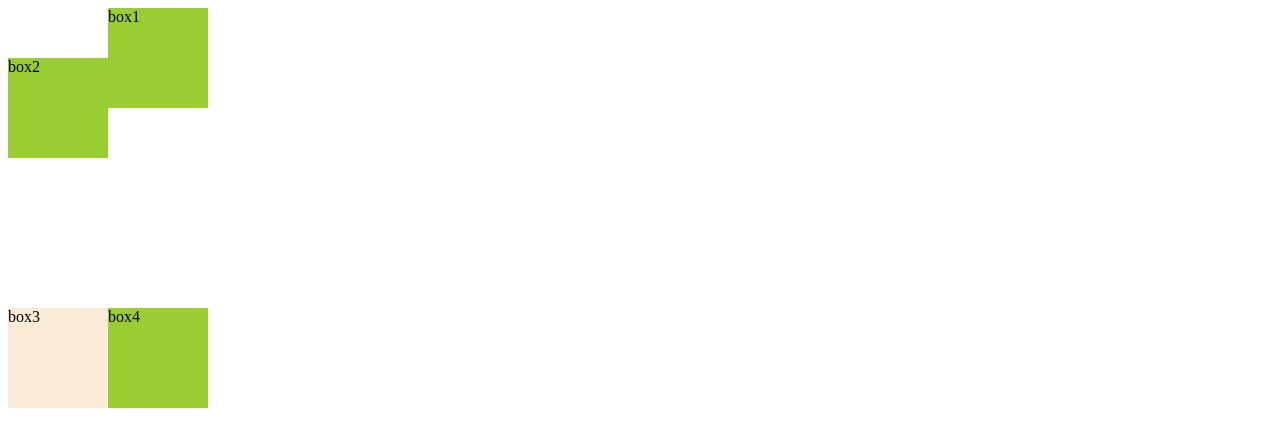
Repository: northpx/animation
Page: index.html
These files come from the project's save history. The page is drawn as it stood at one moment and after a run of saves; the edit follows.
The browser window is 1280 px wide. The pictures show the whole page.

Above is the page before, as saved 2022-12-19 19:22:36.

### index.html
<!DOCTYPE html>
<html lang="en">
<head>
    <meta charset="UTF-8">
    <meta http-equiv="X-UA-Compatible" content="IE=edge">
    <meta name="viewport" content="width=device-width, initial-scale=1.0">
    <link rel="stylesheet" href="style.css">
    <title>Document</title>
</head>
<body>
        <div class="box1">box1</div>
        <div class="box2">box2</div>
        <div class="box3">box3</div>
        <div class="box4">box4</div>
</body>
</html>

### style.css
/* .box1{
    width: 100px;
    height: 100px;
    background-color: aqua;
    transform: rotateX(45deg);
}

.box2{
    width: 100px;
    height: 100px;
    background-color: bisque;
    transform: rotateY(-45deg);
}

.box3{
    width: 100px;
    height: 100px;
    background-color: blueviolet;
    transform: rotate(180deg);
} */
.box1{
    width: 100px;
    height: 100px;
    background-color: yellowgreen;
    transform: translateX(100px);
}

.box2{
    width: 100px;
    height: 100px;
    background-color: yellowgreen;
    transform: translateY(-50px);
}

.box3{
    width: 100px;
    height: 100px;
    background-color: antiquewhite;
    transform: translateY(100px);
}
.box4{
    width: 100px;
    height: 100px;
    background-color: yellowgreen;
    transform: translateX(100px);
}

After the next 2 saves:
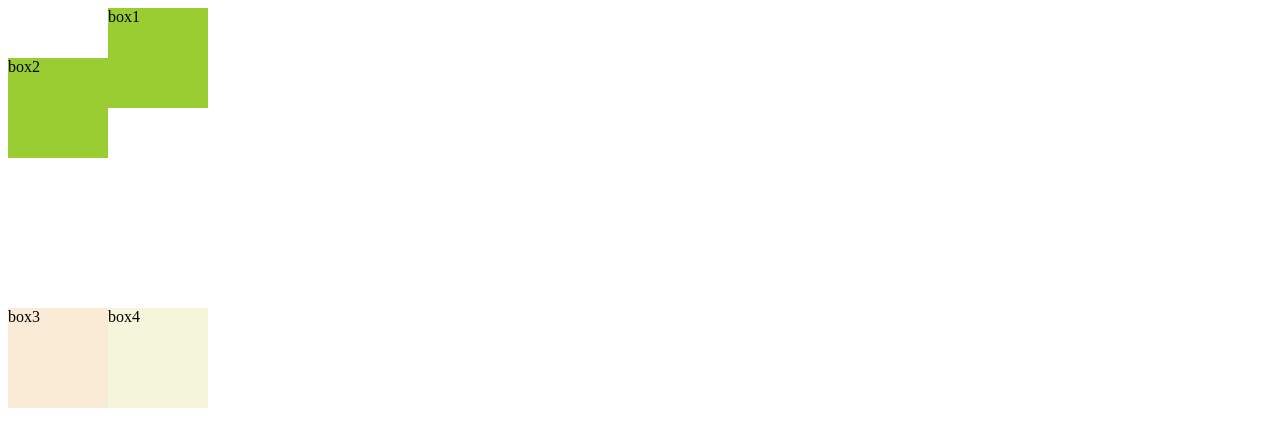
The 2 saves are shown as one change because they came seconds apart.
The last was saved 8 s later.
--- a/style.css
+++ b/style.css
@@ -41,6 +41,6 @@
 .box4{
     width: 100px;
     height: 100px;
-    background-color: yellowgreen;
+    background-color:  beige;
     transform: translateX(100px);
 }
